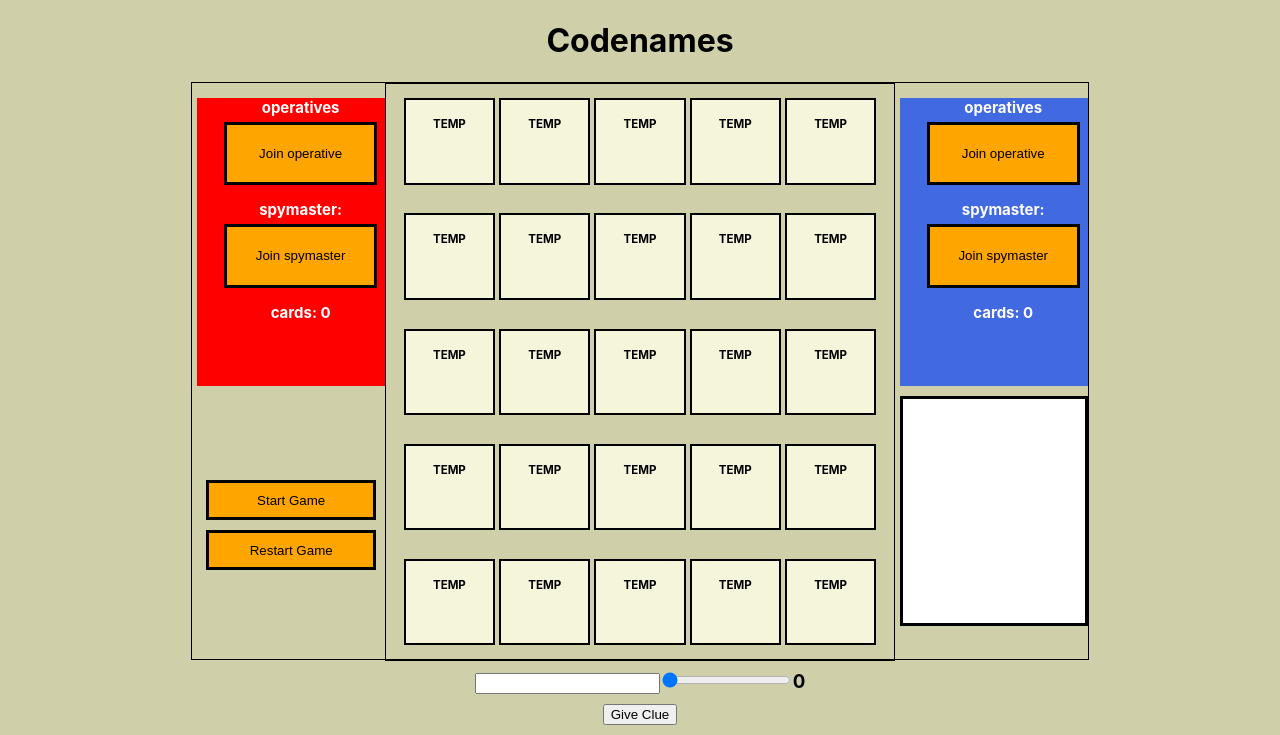
Repository: alcarrizo/Codenames-Fullstack
Page: / (app in client/)
The author's editor kept a copy of each file at every save. The page is drawn from the files as they stood at one save, then again after a run of saves.
The browser window is 1280 px wide. The pictures show the whole page.
The project was rebuilt for these pictures with package versions that can differ from the ones it lists, and the page was loaded fresh each time. Imported but missing from the stored project, and not drawn on this page: client/src/reportWebVitals.

Above is the page before, as saved 2023-01-12 21:54:27.

After the next 2 saves:
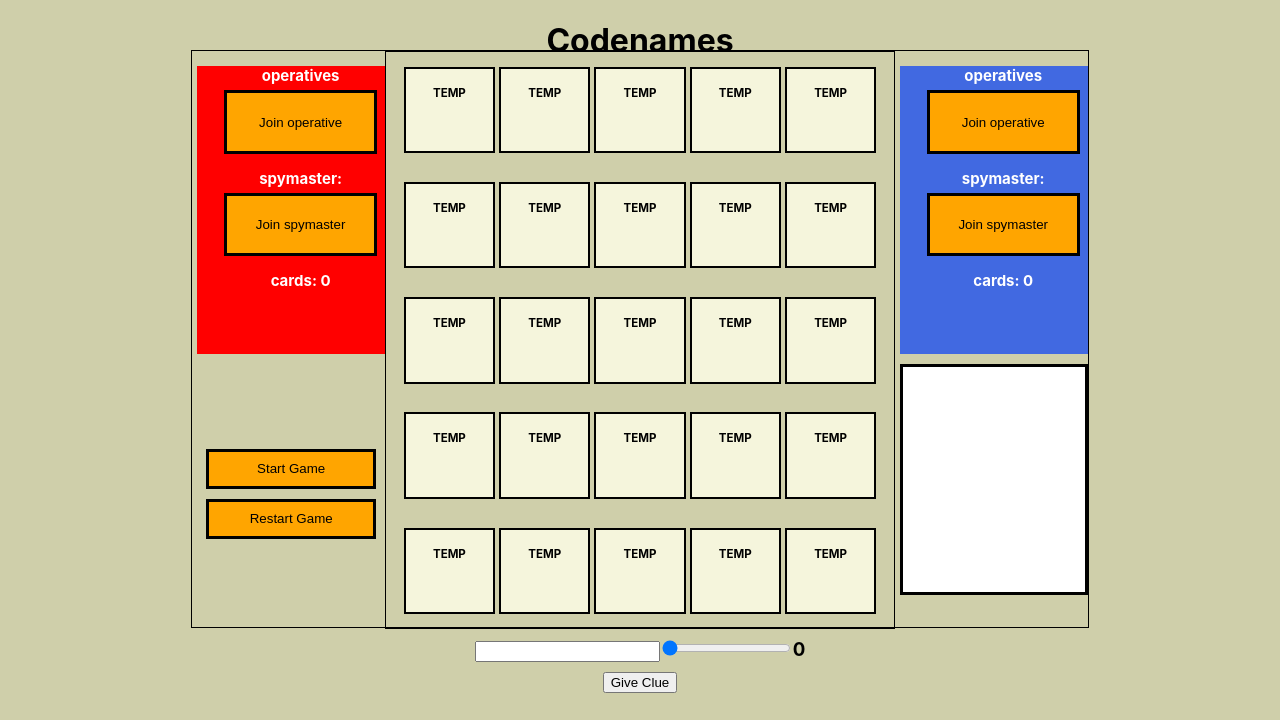
The 2 saves are shown as one change because they came seconds apart.
The last was saved 4 days later.
--- a/client/src/css/styles.css
+++ b/client/src/css/styles.css
@@ -1,3 +1,7 @@
+h1 {
+    margin-bottom: -10px;
+}
+
 body {
     background-color: #cfcfaa;
 }
